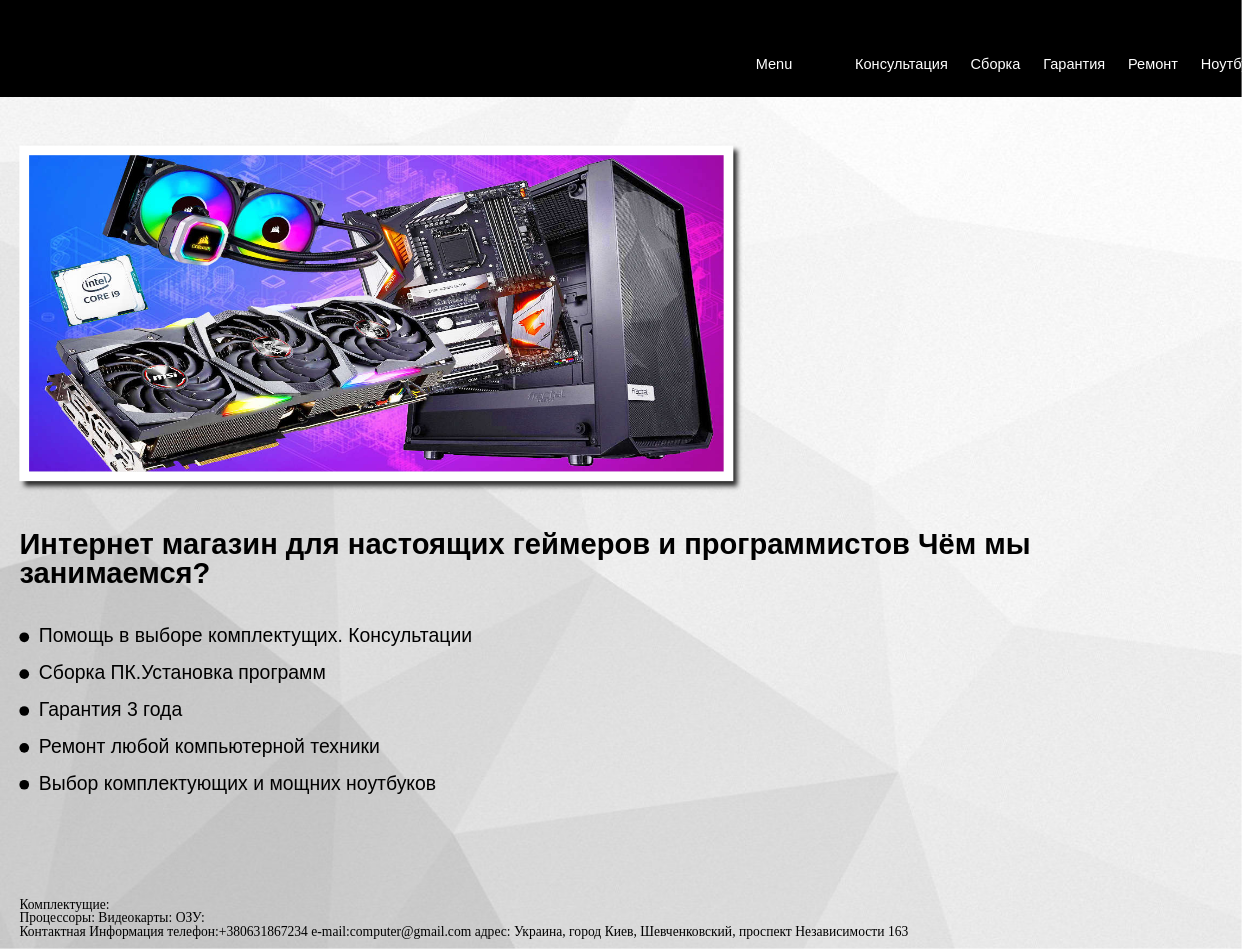
Repository: Bohdan-Sandovenko/First-Project-Flex
Page: index.html
These files come from the project's save history. The page is drawn as it stood at one moment and after the next save; the edit follows.
The browser window is 1280 px wide. The pictures show the whole page, at 97% of full size.
The style sheet was rebuilt from its Sass, Less or Tailwind sources for each picture, by a compiler version that may differ from the author's.

Above is the page before, as saved 2024-07-28 23:27:42.

### index.html
<!DOCTYPE html>
<html lang="en">
<head>
    <meta charset="UTF-8">
    <meta name="viewport" content="width=device-width, initial-scale=1.0">
    <link rel="stylesheet" href="css/style.css">
    <title>Document</title>
</head>
<body>
    <header class="top-of-site">
        <nav class="nav-links-of-top">
            <button class="button-menu">Menu</button>
            <a href="">Консультация</a>
            <a href="">Сборка</a>
            <a href="">Гарантия</a>
            <a href="">Ремонт</a>
            <a href="">Ноутбуки</a>
        </nav>
    </header>
    <main class="content">
        <div class="content-top">
            <div class="content-top-image-block">
                <img src="images/first images.jpg" alt="sorry" class="content-top-image">
            </div>
            <span class="content-top-text-inside">Интернет магазин для настоящих геймеров и программистов
            Чём мы занимаемся?</span>
            <ul class="content-top-list">
                <li>Помощь в выборе комплектущих. Консультации</li>
                <li>Сборка ПК.Установка программ</li>
                <li>Гарантия 3 года</li>
                <li>Ремонт любой компьютерной техники</li>
                <li>Выбор комплектующих и мощних ноутбуков</li>
            </ul>
        </div>
        <div class="content-bottom">
            Комплектущие:
            <div class="photos-computer-compotent">
                Процессоры:
                Видеокарты:
                ОЗУ:
            </div>
        </div>
        <footer class="footer">
            Контактная Информация
            телефон:+380631867234
            e-mail:computer@gmail.com
            адрес: Украина, город Киев, Шевченковский, проспект Независимости 163
        </footer>
    </main>
</body>
</html>

### css/style.scss
@import "nullstyles.scss";
$color-black: black;
$color-white: white;
$color-green: rgb(5, 132, 132);
$color-grey: rgb(196, 199, 199);
$color-content: rgb(235, 235, 235);
$font-family-top: Arial, Helvetica, sans-serif;
$font-weight-header: 400;
$back-color-list-before: black;

%styles-link-top {
    margin: 0 40px 0px 0px;
    height: 30px;
    width: 80px;
    border-radius: 5px;
    background-color: $color-black;
    color: $color-white;
    font-family: $font-family-top;
    font-weight: $font-weight-header;
    font-size: 15px;
}

.top-of-site {
    width: 100%;
    height: 100px;
    background-color: black;
    padding: 50px;
    position: fixed;

    .nav-links-of-top {
        position: relative;
        top: 50%;
        right: -60%;

        .button-menu {
            // margin: 0 40px 0px 0px;
            // height: 30px;
            // width: 80px;
            // border-radius: 5px;
            // background-color: $color-black;
            // color: $color-white;
            // font-family: $font-family-top;
            // font-weight: $font-weight-header;
            // font-size: 15px;
            @extend %styles-link-top;

            &:hover {
                opacity: 0.9;
                border: 1px solid $color-green;
            }

            &:active {
                width: 79.5px;
                color: $color-grey;
            }

        }
    }

    a {
        padding: 0 20px 0 0;
        color: $color-white;
        font-family: Arial, Helvetica, sans-serif;
        font-weight: 400;
        font-size: 15px;
    }
}

////////////////////////////////////////////////////////////////////////////////////////////////
.content {
    padding: 100px 20px 10px 20px;
    background: url('../images/background-1.jpg');

    .content-top {
        margin-bottom: 100px;

        .content-top-image-block {
            margin: 50px 0px 50px 0px;

            .content-top-image {
                width: 736px;
                height: 346px;
                border: 10px solid $color-white;
                box-shadow: 5px 5px 5px rgb(41, 41, 41);
            }
        }

        .content-top-text-inside {
            font-family: $font-family-top;
            font-weight: 700;
            font-size: 30px;
        }

        .content-top-list {
            margin-top: 30px;
        }

        .content-top-list li {
            font-family: $font-family-top;
            font-size: 20px;
            line-height: 1.9;

            &::before {
                content: "";
                border-radius: 50%;
                width: 10px;
                height: 10px;
                background-color: $back-color-list-before;
                display: inline-block;
                margin-right: 10px;
            }

            &:nth-child(1):hover {
                font-size: 21px;
                font-weight: bold;
            }

            &:nth-child(2):hover {
                font-size: 21px;
                font-weight: bold;
            }

            &:nth-child(3):hover {
                font-size: 21px;
                font-weight: bold;
            }

            &:nth-child(4):hover {
                font-size: 21px;
                font-weight: bold;
            }

            &:nth-child(5):hover {
                font-size: 21px;
                font-weight: bold;
            }

            &:hover::before {
                background-color: rgb(140, 4, 4);
            }
        }
    }
}

### css/nullstyles.scss
* {
    padding: 0;
    margin: 0;
    border: 0;
}


*,
*:before,
*:after {
    -webkit-box-sizing: border-box;
    -moz-box-sizing: border-box;
    box-sizing: border-box;
}


:focus,
:active {
    outline: none;
}

a:focus,
a:active {
    outline: none;
}


nav,
footer,
header,
aside {
    display: block;
}


html,
body {
    height: 100%;
    width: 100%;
    font-size: 100%;
    line-height: 1;
    font-size: 14px;
    -ms-text-size-adjust: 100%;
    -moz-text-size-adjust: 100%;
    -webkit-text-size-adjust: 100%;
}


input,
button,
textarea {
    font-family: inherit;
}


input::-ms-clear {
    display: none;
}

button {
    cursor: pointer;
}

button::-moz-focus-inner {
    padding: 0;
    border: 0;
}

a,
a:visited {
    text-decoration: none;
}

a:hover {
    text-decoration: none;
}

ul li {
    list-style: none;
}

img {
    vertical-align: top;
}

h1,
h2,
h3,
h4,
h5,
h6 {
    font-size: inherit;
    font-weight: 400;
}

After the next save:
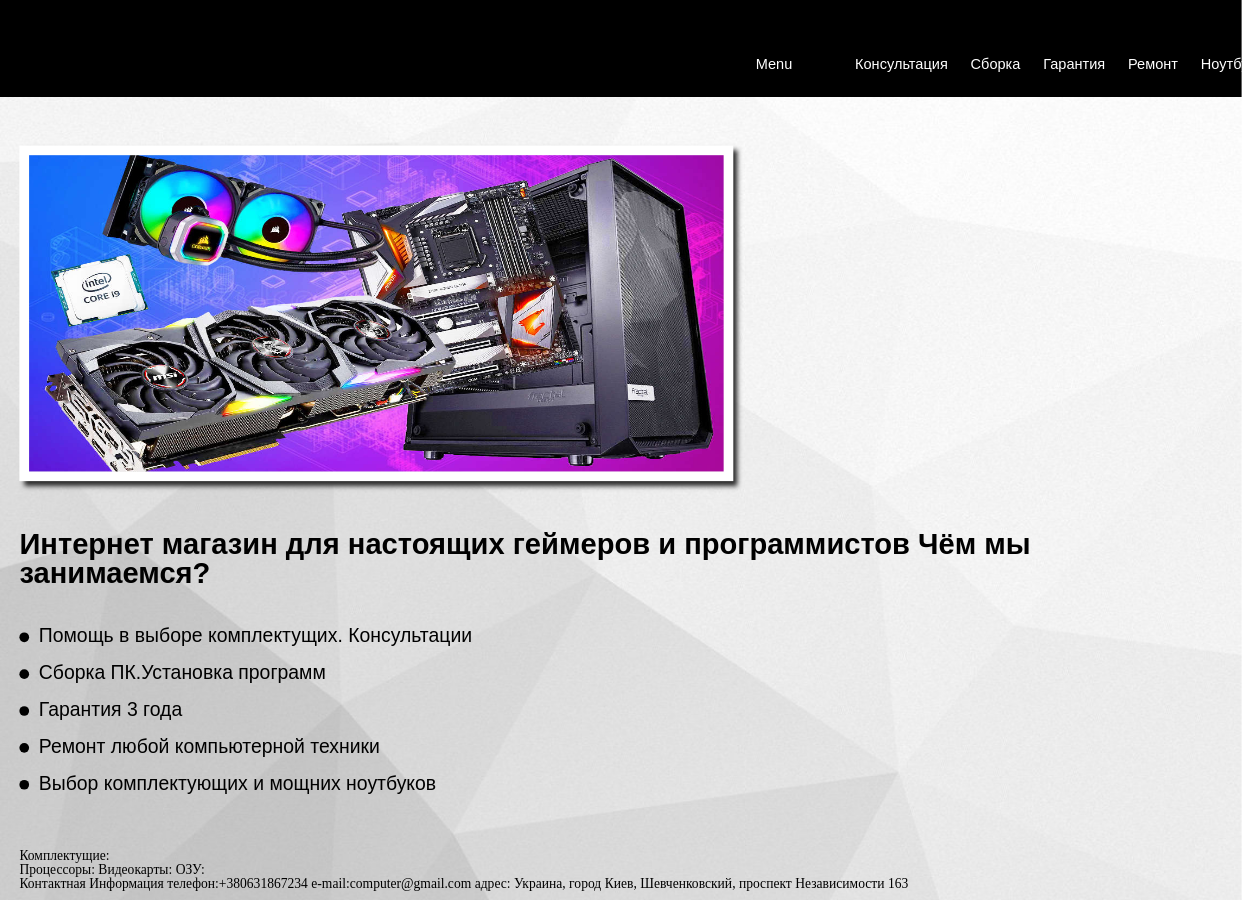
Saved 8 s later.
--- a/css/style.scss
+++ b/css/style.scss
@@ -72,7 +72,7 @@
     background: url('../images/background-1.jpg');
 
     .content-top {
-        margin-bottom: 100px;
+        margin-bottom: 50px;
 
         .content-top-image-block {
             margin: 50px 0px 50px 0px;
